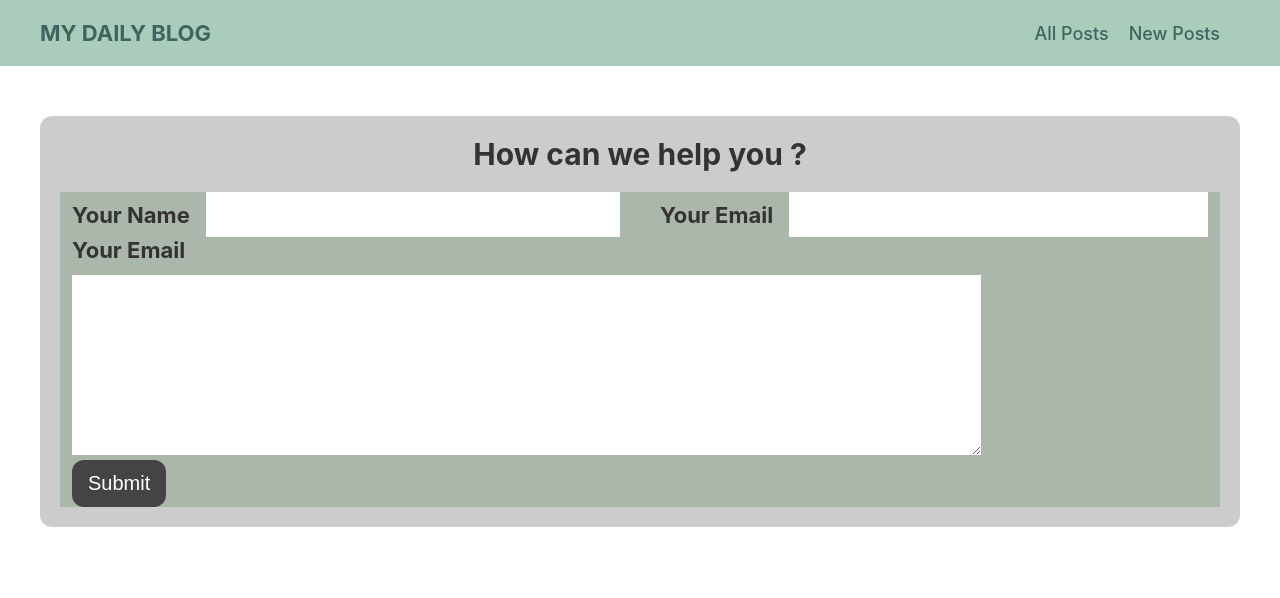
Repository: lyvandat/post-project-nextjs
Page: /new-post
These files come from the project's save history. The page is drawn as it stood at one moment and after the next save; the edit follows.
The browser window is 1280 px wide. The pictures show the whole page.
The project was rebuilt for these pictures with package versions that can differ from the ones it lists, and the page was loaded fresh each time. The framework's server and built-in components were replaced by stand-ins that run in the browser. Also part of the build but not shown: next.config.js.

Above is the page before, as saved 2022-09-26 18:40:51.

### pages/_app.tsx
import "../styles/globals.css";
import type { AppProps } from "next/app";
import Layout from "../components/layout/Layout";

function MyApp({ Component, pageProps }: AppProps) {
  return (
    <Layout>
      <Component {...pageProps} />
    </Layout>
  );
}

export default MyApp;

### pages/new-post.tsx
import NewPost from "../components/posts/NewPost";
const NewPostPage: React.FC = (props) => {
  return <NewPost />;
};

export default NewPostPage;

### styles/globals.css
:root {
  --background-green: #aacdbb;
  --light-green: #abb7ab;
  --medium-green: #8b9874;
  --high-green: #3e6660;
}

html,
body {
  color: var(--medium-green);
  padding: 0;
  margin: 0;
  font-family: -apple-system, BlinkMacSystemFont, Segoe UI, Roboto, Oxygen,
    Ubuntu, Cantarell, Fira Sans, Droid Sans, Helvetica Neue, sans-serif;
}

html {
  font-size: 62.5%;
}

body {
  font-size: 1.6rem;
}

a {
  color: inherit;
  text-decoration: none;
}

* {
  box-sizing: border-box;
  margin: 0;
  border: 0;
  padding: 0;
}

ul {
  padding-left: 0;
  list-style: none;
}

button {
  outline: none;
}

img {
  display: block;
  max-width: 100%;
}

.container {
  max-width: 1200px;
  width: 100%;
  margin-left: auto;
  margin-right: auto;
}

.container > h2 {
  text-align: center;
  color: white;
  opacity: 0.66;
  margin-bottom: 40px;
  margin-top: 10px;
  padding-top: 30px;
  font-size: 2.8rem;
  font-weight: 600;
  text-transform: capitalize;
}

.padding-section {
  padding-top: 50px;
  padding-bottom: 30px;
}

### components/layout/Layout.tsx
import React from "react";
import classes from "./Layout.module.css";
import MainNavigation from "./MainNavigation";

const Layout: React.FC<{ children: React.ReactNode }> = (props) => {
  return (
    <React.Fragment>
      <MainNavigation></MainNavigation>
      <main className={classes.main}>{props.children}</main>
    </React.Fragment>
  );
};

export default Layout;

### components/posts/NewPost.tsx
import classes from "./NewPost.module.css";

const NewPost: React.FC = (props) => {
  return (
    <section className={`${classes.contact} container`}>
      <h1> How can we help you ?</h1>
      <form className={classes.form}>
        <div className={classes.controls}>
          <div className={classes.control}>
            <label htmlFor="name">Your Name</label>
            <input id="name" type="text"></input>
          </div>
          <div className={classes.control}>
            <label htmlFor="email">Your Email</label>
            <input id="email" type="text"></input>
          </div>
        </div>
        <div className={classes.text}>
          <label htmlFor="feedback">Your Email</label>
          <textarea id="feedback" rows={12}></textarea>
        </div>
        <div className={classes.actions}>
          <button type="submit">Submit</button>
        </div>
      </form>
    </section>
  );
};

export default NewPost;

### components/layout/Layout.module.css
.main {
  width: 100%;
  margin-left: auto;
  margin-right: auto;
}

### components/layout/MainNavigation.tsx
import classes from "./MainNavigation.module.css";
import Link from "next/link";

const MainNavigation: React.FC = (props) => {
  return (
    <header className={classes["main-header"]}>
      <div className={classes.container}>
        <Link href="/">
          <a>
            <h2>My Daily Blog</h2>
          </a>
        </Link>
        <nav>
          <ul>
            <li>
              <Link href="/all-posts">All Posts</Link>
            </li>
            <li>
              <Link href="/new-post">New Posts</Link>
            </li>
          </ul>
        </nav>
      </div>
    </header>
  );
};

export default MainNavigation;

### components/posts/NewPost.module.css
.contact {
  background-color: #ccc;
  border-radius: 12px;
  padding: 20px;
  color: #333;
  font-size: 2.2rem;
  font-weight: bold;
  margin-top: 50px;
}

.contact h1 {
  font-size: 3rem;
  text-align: center;
  margin-bottom: 20px;
}

.form {
  padding: 0 12px;
  background-color: var(--light-green);
}

.controls {
  display: flex;
  flex-flow: row nowrap;
  justify-content: space-between;
}

.control {
  width: calc(50% - 20px);
  display: flex;
  align-items: center;
}

.control label {
  margin-right: 16px;
}

.control input {
  flex: 1;
  padding: 12px;
  font-size: 1.8rem;
}

.text textarea {
  width: 80%;
}

.text label {
  display: block;
  margin-bottom: 12px;
}

.actions {
  margin-left: auto;
}

.actions button {
  font-size: 2rem;
  background-color: #444;
  color: #fff;
  padding: 12px 16px;
  border-radius: 12px;
}

.actions button:hover {
  background-color: #222;
}

### components/layout/MainNavigation.module.css
.main-header {
  background-color: var(--background-green);
  padding: 20px;
}

.container {
  color: var(--high-green);
  width: 100%;
  max-width: 1200px;
  display: flex;
  justify-content: space-between;
  align-items: center;
  margin: 0 auto;
}

.container h2 {
  font-size: 22px;
  font-weight: 700;
  text-transform: uppercase;
}

.container nav {
}

.container ul {
  display: flex;
  justify-content: flex-start;
}

.container li {
  margin-right: 20px;
}

.container a {
  font-weight: 600;
  font-size: 18px;
  font-weight: 500;
}

After the next save:
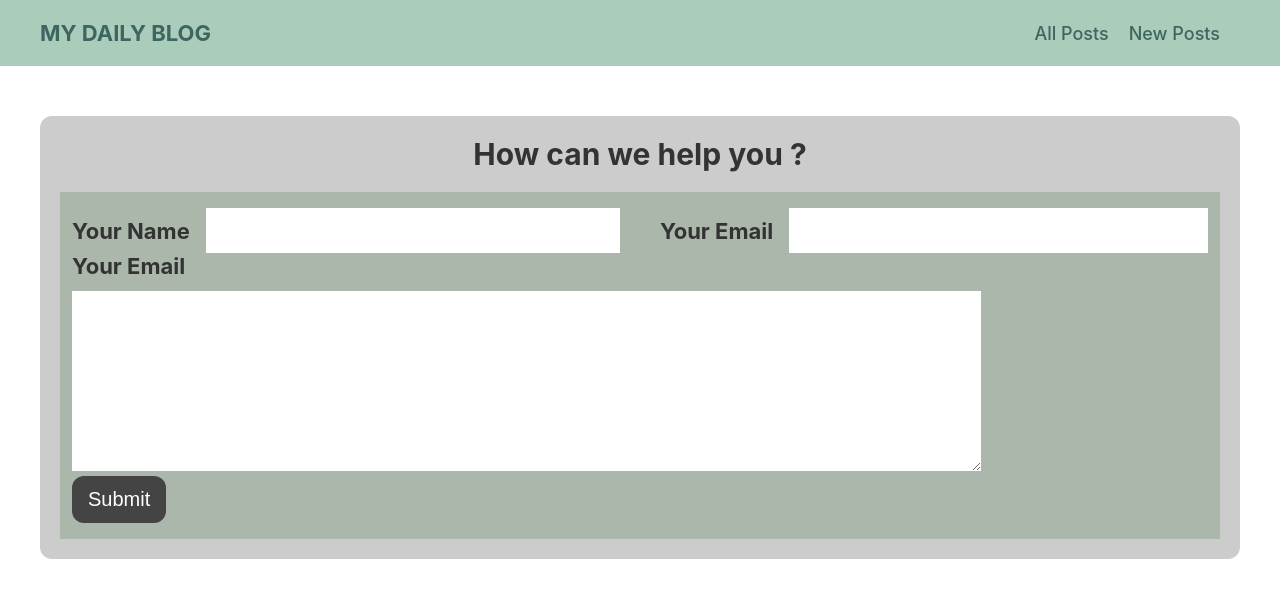
Saved 14 s later.
--- a/components/posts/NewPost.module.css
+++ b/components/posts/NewPost.module.css
@@ -15,7 +15,7 @@
 }
 
 .form {
-  padding: 0 12px;
+  padding: 16px 12px;
   background-color: var(--light-green);
 }
 
